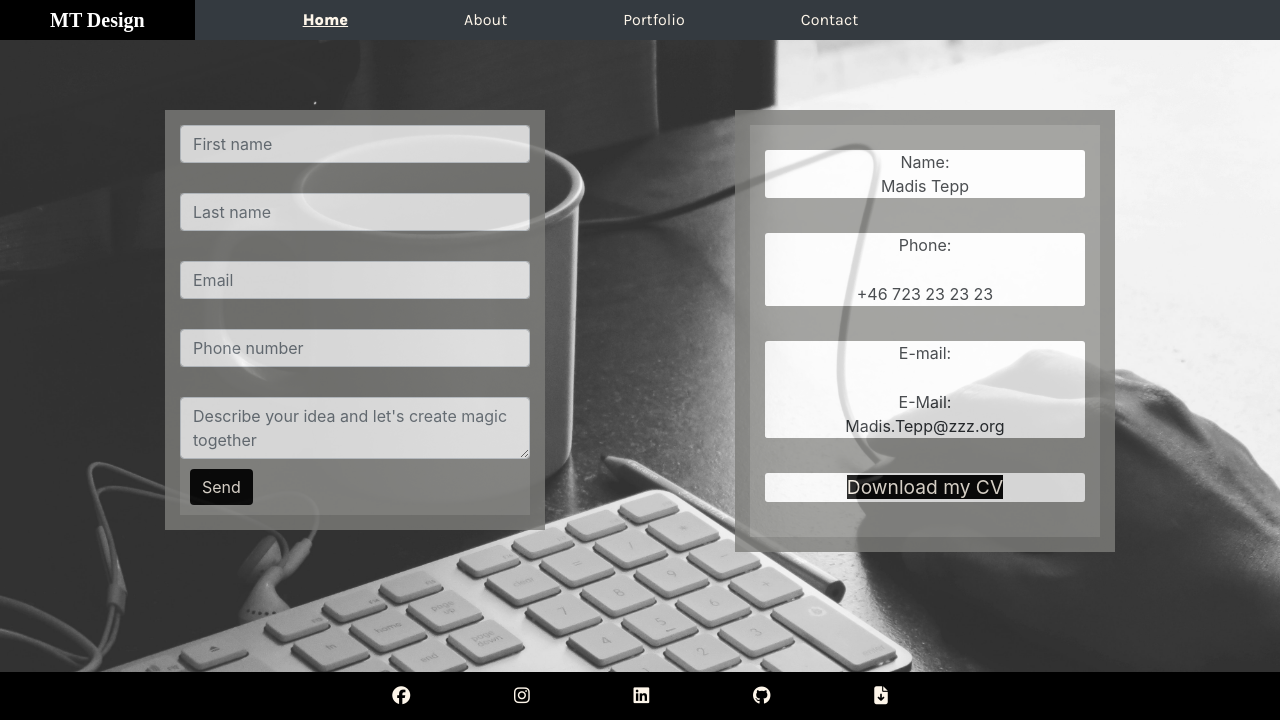
Repository: teppm/personal-portfolio
Page: contact.html
The author's editor kept a record of every edit. The page is drawn from the files as they stood at one moment, then again after the next edit.
The browser window is 1280 px wide. The pictures show the whole page.
Some web libraries are served in a nearby version.

Above is the page before.

### contact.html
<!DOCTYPE html>
<html lang="en">

<head>
    <meta charset="UTF-8">
    <meta name="viewport" content="width=device-width, initial-scale=1.0, shrink-to-fit=no">
    <meta http-equiv="X-UA-Compatible" content="ie=edge">
    <link rel="stylesheet " href="https://stackpath.bootstrapcdn.com/bootstrap/4.3.1/css/bootstrap.min.css" integrity="sha384-ggOyR0iXCbMQv3Xipma34MD+dH/1fQ784/j6cY/iJTQUOhcWr7x9JvoRxT2MZw1T" crossorigin="anonymous">
    <link href="https://fonts.googleapis.com/css?family=Karla:200,200i,400,400i,700,700i,800,800i&display=swap" rel="stylesheet">
    <link rel="stylesheet" href="assets/css/style.css" type="text/css" />
    <title>Madis Tepp</title>
</head>


<body>

<!--navbar-->

<nav class="navbar navbar-expand-lg fixed-top navbar-dark bg-dark">
    <a class="navbar-brand" href="index.html">MT Design</a>
    <button class="navbar-toggler" type="button" data-toggle="collapse" data-target="#navbarSupportedContent" aria-controls="navbarSupportedContent" aria-expanded="false" aria-label="Toggle navigation">
    <span class="navbar-toggler-icon"></span>
    </button>

    <div class="collapse navbar-collapse" id="navbarSupportedContent">
        <ul class="navbar-nav mr-auto">
            <li class="nav-item  active">
                <a class="nav-link" href="index.html">Home<span class="sr-only">(current)</span></a>
            </li>
            <li class="nav-item ">
                <a class="nav-link" href="aboutme.html">About</a>
            </li>
            <li class="nav-item">
                <a class="nav-link" href="portfolio.html">Portfolio</a>
            </li>
            <li class="nav-item">
                <a class="nav-link" href="contact.html">Contact</a>
            </li>
        </ul>
    </div>
</nav>

<!--navbar end-->
<main>
    <div class="container">
        <div class="row justify-content-around">


            <!--contact form-->


            <div class="col-lg-4 col-sm-12 form-style">
                <form>
                    <div class="contact-page-style">
                        <input type="text" class="form-control" placeholder="First name" required>
                    </div>
                    <div class="contact-page-style">
                        <input type="text" class="form-control" placeholder="Last name" required>
                    </div>
                    <div class="contact-page-style">

                        <input type="email" class="form-control" placeholder="Email" required>
                    </div>
                    <div class="contact-page-style">
                        <input type="tel" class="form-control" placeholder="Phone number" required>
                    </div>
                    <div class="contact-page-style">
                        <textarea class="form-control" placeholder="Describe your idea and let's create magic together" required></textarea>
                        <button class="btn btn-primary" type="submit">Send</button>
                    </div>
                </form>
            </div>

            <!--contact form end-->


            <!--contact details-->

            <div class="col-lg-4 col-sm-12 contact-page-style contact-details-style">
                <ul class="contact-list">
                        <li class="contact-details">Name: <br>Madis Tepp</li>

                    <div class="contact-details">
                        <li>Phone:</li>
                        <li class="contact-details">+46 723 23 23 23</li>
                    </div>
                    <div class="contact-details">
                        <li>E-mail:</li>
                        <li class="contact-details">E-Mail: <br>Madis.Tepp@zzz.org</li>
                    </div>
                    <div class="contact-details">
                        <a href="assets/images/Madis_Tepp_CV_2019.docx" target="_blank" class="download-resume">Download my CV</a>
                    </div>
                </ul>
            </div>

            <!--contact details end-->

        </div>
    </div>
</main>

<!--footer section starts here-->


    <footer class="footer fixed-bottom container-fluid">
        <a href="https://www.facebook.com/madis.tepp" target="_blank" title="Visit my Facebook pages"><i class="fab fa-facebook social-links"></i></a>
        <span class="sr-only ">Facebook</span>
        <a href="https://www.instagram.com/teppm/" target="_blank" title="Visit my Instagram account"><i class="fab fa-instagram social-links"></i></a>
        <span class="sr-only ">Instagram</span>
        <a href="https://www.linkedin.com/in/madis-tepp-1a0283b1/" target="_blank" title="Visit my Linkedin account"><i class="fab fa-linkedin social-links"></i></a>
        <span class="sr-only ">Linkedin</span>
        <a href="https://github.com/teppm " target="_blank" title="Visit my GitHub account"><i class="fab fa-github social-links"></i></a>
        <span class="sr-only ">GitHub</span>
        <a href="assets/images/Madis_Tepp_CV_2019.docx" target="_blank" title="Download my resume"><i class="fas fa-file-download social-links"></i></a>
        <span class="sr-only">Resume</span>
    </footer>


<!--footer section ends-->


<!--scrips-->

    <script src="https://code.jquery.com/jquery-3.2.1.slim.min.js" integrity="sha384-KJ3o2DKtIkvYIK3UENzmM7KCkRr/rE9/Qpg6aAZGJwFDMVNA/GpGFF93hXpG5KkN" crossorigin="anonymous"></script>
    <script src="https://cdnjs.cloudflare.com/ajax/libs/popper.js/1.12.9/umd/popper.min.js" integrity="sha384-ApNbgh9B+Y1QKtv3Rn7W3mgPxhU9K/ScQsAP7hUibX39j7fakFPskvXusvfa0b4Q" crossorigin="anonymous"></script>
    <script src="https://maxcdn.bootstrapcdn.com/bootstrap/4.0.0/js/bootstrap.min.js" integrity="sha384-JZR6Spejh4U02d8jOt6vLEHfe/JQGiRRSQQxSfFWpi1MquVdAyjUar5+76PVCmYl" crossorigin="anonymous"></script>
    <script src="https://kit.fontawesome.com/adecd2bab8.js"></script>
</body>
</html>

### assets/css/style.css
/*----------------------------html*/

html {
    background-image: url("../images/rayi-christian-wicaksono-6PF6DaiWz48-unsplash.jpg");
    background-repeat: no-repeat;
    background-color: black;
    background-size: cover;
    min-width: 100%;
    min-height: 100%;
    overflow-y: auto;



}

/*---------------------------------body*/

body {

    background-color: transparent;
    padding-bottom: 60px;
    padding-top: 60px;
}


/*---------------------------------navbar*/

.navbar {
    font-family: "Karla", sans-serif;
    font-weight: bolder;
    color: #FEF6EA;
    padding: 0px;
}



.navbar-dark .navbar-nav .nav-link {
    color: #FEF6EA;
    font-weight: normal;
}

.navbar-dark .navbar-nav .nav-link:hover {
    color: #E8FF00;
}

.navbar-dark .navbar-nav .active>.nav-link {
    color: #FEF6EA;
    font-weight: bolder;
    text-decoration: underline;

}

.navbar-dark>.navbar-brand {
    background-color: #000000;
    margin-right: 50px;
    padding-right: 50px;
    padding-left: 50px;
    color: #E8FF00;
    font-family: "Caveat", cursive;

}

.nav-link {
    margin: 0px 50px 0px 50px;
}
.navbar.navbar-expand-lg.fixed-top.navbar-dark {
    background-color: #000000;
}


/*----------------------------------index.html page content*/

.index-text-style {
    color: #FEF6EA;
    text-align: center;
    background-color: #91918E;
    opacity: 0.8;
    border: 15px solid #7D7D7A;
    margin: 0px 15px 0px 15px;
}

.embed-responsive {
    width: 70%;
    opacity: 0.9;
}


/*--------------------------------------about.html page content*/

.about,
.skills,
.work-history {
    background-color: #91918E;
    border: 15px solid #7D7D7A;
    padding-bottom: 25px;
    padding-top: 25px;
    opacity: 0.8;
    margin: 0px 15px 0px 15px;
    color: #FEF6EA;




}

.about-image {
    width: 100%;
    height: 100%;
    border: 15px solid #7D7D7A;



}

.about-image-container {
    padding-left: 0px;
    padding-right: 0px;
    margin: 0px 15px 0px 15px;

}



.work-history-style {
    padding-left: 0px;
}

.about-me-p {
    margin: 0px;
    font-size: small;
    text-align: left;
    color: #FEF6EA;

}

.progress {
    background-color: #5e6164;
}

.progress-bar {
    background-color: #000000;
}

h4 {
    text-decoration: underline;
}

h6 {
    margin-top: 10px;
    margin-bottom: 0px;
}

/*---------------------------------portfolio page content*/

.works-done {
    background-color: #91918E;
    border: 15px solid #7D7D7A;
    opacity: 0.8;
    font-size: small;
    padding-bottom: 70px;
    margin: 0px 15px 0px 15px;


}

.portfolio-p {
    margin-top: 15px;
    text-align: center;
    color: #FEF6EA;

}

.portfolio-image {
    width: 100%;
    height: 100%;
    padding-bottom: 35px;
}

.portfolio-heading {
    margin-bottom: 50px;
    color: #FEF6EA;
    text-align: center;
}

/*---------------------------------contact page content*/

.contact-page-style {
    background-color: #91918E;
    border: 15px solid #7D7D7A;
    opacity: 0.8;


}

.contact-p {
    background-color: #91918E;
    text-align: center;
    font-weight: bold;
    opacity: 0.8;
    color: #FEF6EA;
}


.btn {
    background-color: black;
    border: 15px black;
    color: #FEF6EA;
    margin: 10px;
}

.btn:hover {
    color: #960A03;
    background-color: black;
}

.btn:visited {
    color: #960A03;
    color: #E8FF00;
}

.contact-details {
    background-color: white;
    margin-top: 25px;
    margin-bottom: 35px;
    text-align: center;
    border-radius: 3px;
}

.download-resume {
    color: #FEF6EA;
    font-size: larger;
    background-color: black;
    width: 100%;


}

.download-resume:hover {
    text-decoration: none;
    color: #E8FF00;
}

.contact-list {
    padding-left: 0px;

}

.form-style {
    padding:0px;

}


/*---------------------------------footer*/

.social-links {
    color: #FEF6EA;
    font-size: large;
    transition: all;
    transition-timing-function: ease-in-out;
    margin: 15px 50px 15px 50px;


}

.social-links:hover {
    color: #E8FF00;
    text-decoration: none;


}

.footer {
    font-family: "Karla", sans-serif;
    text-align: center;
    bottom: 0px;
    background-color: #000000;

}


/*--------------------------------------list*/

li {
    list-style-type: none;
    text-align: center;
}





/*--------------------------------------img-fluid*/

.img-fluid {
    max-width: 100%;
    height: auto;
}




/*------------------------------------------container*/

.container {

    margin-top: 50px;

}



/*----------------------------------------------media query--*/

@media (max-width:767px) {
    .social-links {
        margin: 15px;
    }

}

@media (max-width:1024px) {
    .works-done {
        padding-bottom: 100px;

    }

    .contact-details-style {
        margin-left: 15px;
        margin-right: 15px;

    }

    .embed-responsive {
        width: 90%;
    }
}

@media (max-with:576px) {
     .form-style {
         padding-left:15px;
        padding-right: 15px;

}
}

After the next edit:
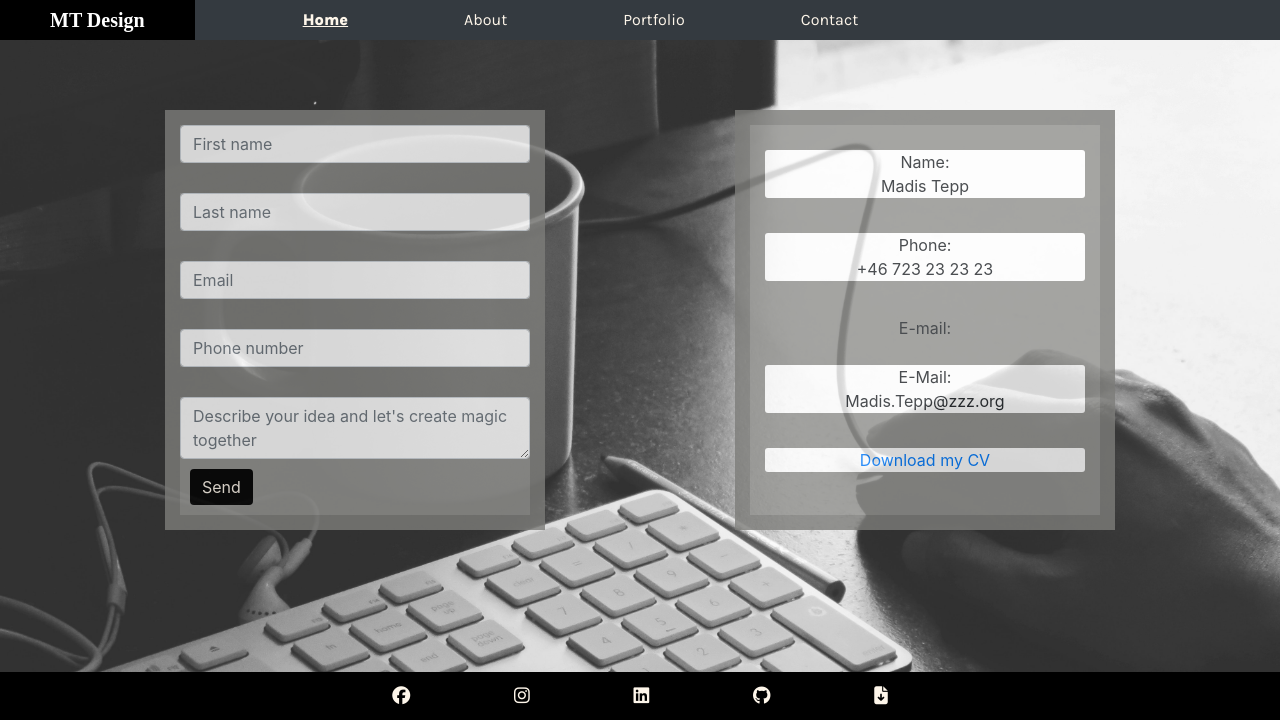
The edit:
--- a/contact.html
+++ b/contact.html
@@ -79,17 +79,11 @@
             <div class="col-lg-4 col-sm-12 contact-page-style contact-details-style">
                 <ul class="contact-list">
                         <li class="contact-details">Name: <br>Madis Tepp</li>
-
-                    <div class="contact-details">
-                        <li>Phone:</li>
-                        <li class="contact-details">+46 723 23 23 23</li>
-                    </div>
-                    <div class="contact-details">
+                        <li class="contact-details">Phone: <br>+46 723 23 23 23</li>
                         <li>E-mail:</li>
                         <li class="contact-details">E-Mail: <br>Madis.Tepp@zzz.org</li>
-                    </div>
                     <div class="contact-details">
-                        <a href="assets/images/Madis_Tepp_CV_2019.docx" target="_blank" class="download-resume">Download my CV</a>
+                        <a  class="contact-details" href="assets/images/Madis_Tepp_CV_2019.docx" target="_blank" class="download-resume">Download my CV</a>
                     </div>
                 </ul>
             </div>
